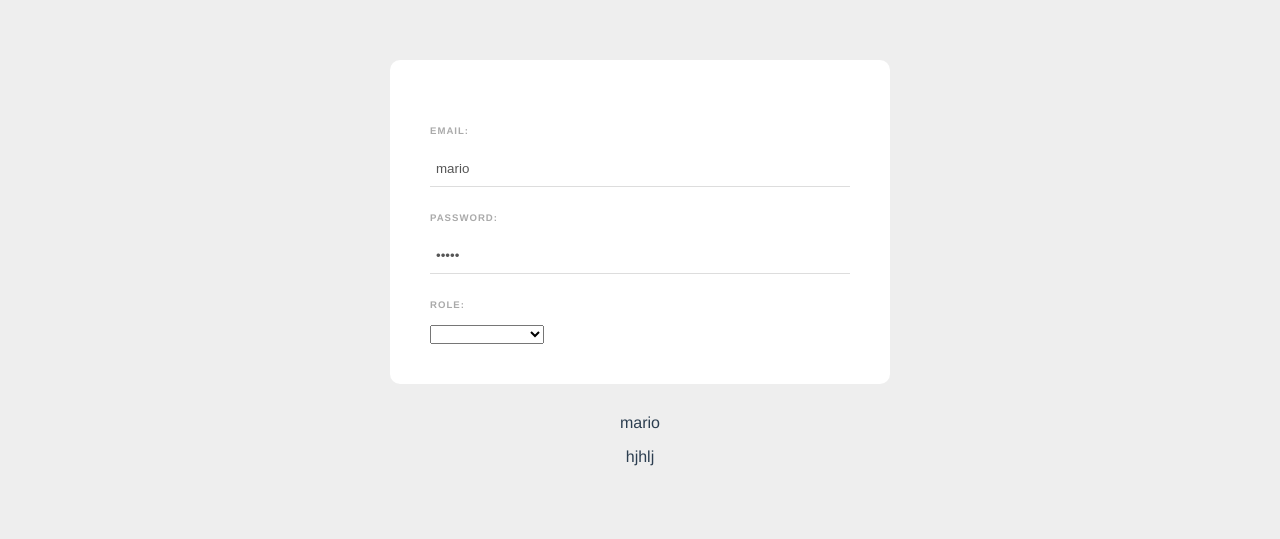
Repository: pin-seavmuy/Vue-Js
Page: /
These files come from the project's save history. The page is drawn as it stood at one moment and after the next save; the edit follows.
The browser window is 1280 px wide. The pictures show the whole page.
The project was rebuilt for these pictures with package versions that can differ from the ones it lists, and the page was loaded fresh each time. Also part of the build but not shown: vue.config.js.

Above is the page before, as saved 2023-11-15 00:58:21.

After the next save:
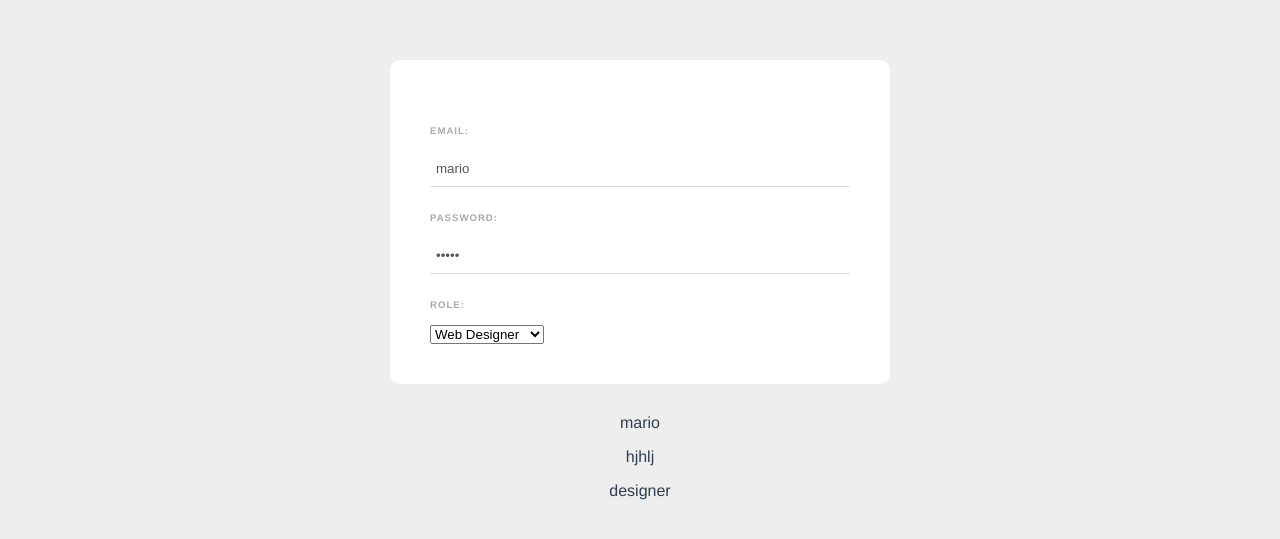
Saved 22 h 47 min later.
--- a/src/components/SignupForm.vue
+++ b/src/components/SignupForm.vue
@@ -24,7 +24,7 @@ export default {
         return{
             email: 'mario',
             password: 'hjhlj',
-            role: ''
+            role: 'designer'
         }
     },
     components: []
